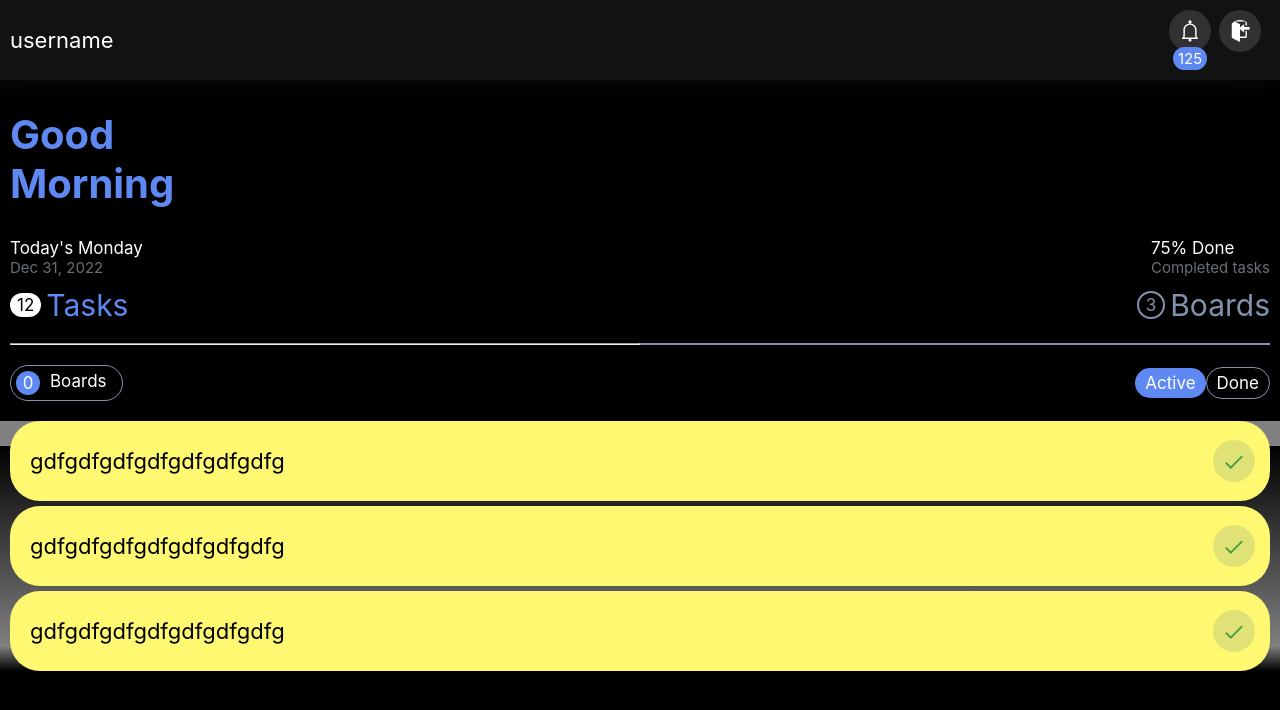
Repository: ShindanoSingi/todo-app
Page: /
The author's editor kept a copy of each file at every save. The page is drawn from the files as they stood at one save, then again after the next save.
The browser window is 1280 px wide. The pictures show the whole page.
The project was rebuilt for these pictures with package versions that can differ from the ones it lists, and the page was loaded fresh each time. Also part of the build but not shown: src/pages/LandingPage.js.

Above is the page before, as saved 2023-01-01 19:26:32.

### src/index.css
* {
  font-size: 22px;
  margin: 0;
  padding: 0;
}

body {
  margin: 0;
  padding: 0;
  font-family: -apple-system, BlinkMacSystemFont, 'Segoe UI', 'Roboto', 'Oxygen',
    'Ubuntu', 'Cantarell', 'Fira Sans', 'Droid Sans', 'Helvetica Neue',
    sans-serif;
  -webkit-font-smoothing: antialiased;
  -moz-osx-font-smoothing: grayscale;
}

code {
  font-family: source-code-pro, Menlo, Monaco, Consolas, 'Courier New',
    monospace;
}

.signin-icon-signin-text-container {
  display: flex;
  align-items: center;
  flex-direction: column;
}

.bell-icon-bell-num-container {
  display: flex;
  flex-direction: column;
  align-items: center;
  margin-left: 20px;
}

.signin-text {
  display: none;
}

.bell-num,
.signin-text {
  font-size: 15px;
}

.bell-num {
  text-align: center;
  color: #fff;
  padding: 2px 5px;
  background-color: #5f89f2;
  border-radius: 50px;
  margin-top: -5px;
}

.bell-icon,
.signin-icon {
  color: white;
  padding: 10px;
  border-radius: 50px;
  background-color: #313133;
}

div.signin-icon-signin-text-container:hover p.signin-text {
  display: block;
}

.bell-icon-signin-container {
  display: grid;
  grid-template-columns: 60px 60px;
}

.username,
.signin-text {
  color: #fff;
}

.nav-bar {
  display: flex;
  align-items: center;
  justify-content: space-between;
  padding: 10px;
  background: #121212;
  box-shadow: -11px 11px 22px #070707, 11px -11px 22px #1d1d1d;
}

h1 {
  position: absolute;
  top: 10%;
  z-index: 1;
}

h2 {
  font-size: 40px;
  color: #5f89f2;
}

.salutation-container {
  margin-top: 30px;
  padding-left: 10px;
}

.day,
.percent,
.small-boards,
.done,
.active {
  font-size: 17px;
  color: #ffffff;
}

.date,
.completed {
  font-size: 15px;
  color: #6a6f75;
}

.day-to-percent-container {
  display: flex;
  justify-content: space-between;
  padding: 10px;
  margin-top: 20px;
}

.tasks-num {
  text-align: center;
  font-size: 17px;
  background: #ffff;
  padding: 2px 7px;
  border-radius: 50px;
  height: 20px;
}

.tasks {
  font-size: 30px;
  font-weight: light;
  color: #5f89f2;
}

.boards-num {
  font-size: 17px;
  color: #8292ad;
  border: 2px solid #8292ad;
  padding: 2px 7px;
  border-radius: 50px;
  height: 20px;
}

.big-boards {
  font-size: 30px;
  font-weight: light;
  color: #8292ad;
}

.tasks-num-tasks-container,
.boards-num-boards-container {
  display: flex;
  align-items: center;
  gap: 5px;
}

.line-tasks {
  width: 50%;
}

.line-boards {
  width: 50%;
  border: 1px solid #8292ad;
}

.line-tasks-ine-boards-container {
  display: flex;
  justify-content: space-between;
  /* margin-top: 10px; */
  padding: 0 10px;
}

.tasks-to-boards-container {
  display: flex;
  justify-content: space-between;
  padding: 0 10px;
}

.num-boards {
  font-size: 17px;
  text-align: center;
  color: #fff;
  background: #5f89f2;
  padding: 2px;
  border-radius: 50px;
  height: 20px;
  width: 20px;
}

.small-boards {
  color: #fff;
}

.num-boards-small-boards-container {
  display: flex;
  gap: 10px;
  border: 1px solid #8292ad;
  padding: 5px;
  border-radius: 50px;
  padding-right: 15px;
}

.active {
  text-align: center;
  background: #5f89f2;
  padding: 0px 10px;
  border-radius: 50px;
  padding: 5px 10px;
}

.done {
  display: flex;
  gap: 10px;
  border: 1px solid #8292ad;
  border-radius: 50px;
  padding: 5px 10px;
}

.active-done-container {
  display: flex;
  align-items: center;
}

.num-boards-to-small-boards-container {
  display: flex;
  justify-content: space-between;
  align-items: center;
  padding: 0 10px;
}

.task-title {
  word-wrap: break-word;
  padding: 5px;
  width: 80%;
}

.check-circle-icon {
  color: white;
  padding: 10px;
  border-radius: 50px;
  background: rgba(121, 141, 139, 0.21);
}

.todo-card {
  margin: 0 10px;
  padding: 15px;
  min-height: 50px;
  border-radius: 30px;
  display: flex;
  align-items: center;
  justify-content: space-between;
}

.todos-container {
  display: flex;
  flex-direction: column;
  gap: 5px;
  max-height: 250px;
  overflow-y: scroll;
  background-image: linear-gradient(
    gray 10%,
    rgba(0, 0, 0, 0) 0%,
    gray 90%,
    rgba(0, 0, 0, 0)
  );
}

.main {
  display: flex;
  flex-direction: column;
  gap: 20px;
}

/* Credit: Cole McCombs; */
.landing-page-wrapper {
  height: 100%;
  display: flex;
  flex-direction: column;
  align-items: center;
  justify-content: center;
}

/* Credit: Cole McCombs; */
.button {
  min-width: 150px;
  min-height: 40px;
  font-family: 'Nunito', sans-serif;
  font-size: 22px;
  text-transform: uppercase;
  letter-spacing: 1.3px;
  font-weight: 700;
  color: #313133;
  background: #37b7ff;
  background: linear-gradient(
    90deg,
    rgb(59, 123, 190) 0%,
    rgb(29, 181, 228) 100%
  );
  border: none;
  border-radius: 1000px;
  box-shadow: 12px 12px 24px rgba(28, 120, 186, 0.64);
  transition: all 0.3s ease-in-out 0s;
  cursor: pointer;
  outline: none;
  position: absolute;
  top: 85%;
  padding: 10px;
}

/* Credit: Cole McCombs; */
button::before {
  content: '';
  border-radius: 1000px;
  min-width: calc(150px + 12px);
  min-height: calc(40px + 12px);
  border: 6px solid #008cff;
  box-shadow: 0 0 60px rgba(25, 150, 233, 0.64);
  position: absolute;
  top: 50%;
  left: 50%;
  transform: translate(-50%, -50%);
  opacity: 0;
  transition: all 0.3s ease-in-out 0s;
}

/* Credit: Cole McCombs; */
.button:hover,
.button:focus {
  color: #bfbfd4;
  transform: translateY(-6px);
}

/* Credit: Cole McCombs; */
button:hover::before,
button:focus::before {
  opacity: 1;
}

/* Credit: Cole McCombs; */
button::after {
  content: '';
  width: 30px;
  height: 30px;
  border-radius: 100%;
  border: 6px solid #0f8bdd;
  position: absolute;
  z-index: -1;
  top: 50%;
  left: 50%;
  transform: translate(-50%, -50%);
  animation: ring 1.5s infinite;
}

/* Credit: Cole McCombs; */
button:hover::after,
button:focus::after {
  animation: none;
  display: none;
}

/* Credit: Cole McCombs; */
@keyframes ring {
  0% {
    width: 20px;
    height: 20px;
    opacity: 1;
  }
  100% {
    width: 150px;
    height: 150px;
    opacity: 0;
  }
}

.landing-page-image {
  position: fixed;
  width: 100%;
  height: 100%;
}

.landing-page-image {
  -webkit-animation: anim 8s infinite linear;
  animation: anim 8s infinite linear;
}

@-webkit-keyframes anim {
  from {
    -webkit-transform: rotateY(0deg);
  }
  to {
    -webkit-transform: rotateY(90deg);
  }
}

@keyframes anim {
  from {
    transform: rotateY(90deg);
  }
  to {
    transform: rotateY(0deg);
  }
}

.container {
  height: 100%;
  width: 100%;
  position: fixed;
  background-color: #000000;
}

### src/App.js
import Todos from './pages/Todos'

import LandingPage from './pages/LandingPage'

function App() {
  return (
    <div className="">
      {/* <LandingPage /> */}
      <Todos />
    </div>
  )
}

export default App

### src/pages/Todos.js
import React from 'react'
import checkbox from '../assests/check.svg'
import { RxBell } from 'react-icons/rx'
import { GoSignIn } from 'react-icons/go'
import { FcCheckmark } from 'react-icons/fc'

function Todos() {
    let color = "#FEF970"
    return (
        <div className='container'>
            <div className='todos-wrapper'>
                <nav className='nav-bar'>
                    <p className='username'>username</p>
                    <div className='bell-icon-signin-container'>
                        <div className='bell-icon-bell-num-container'>
                            <RxBell className='bell-icon' />
                            <p className='bell-num'>125</p>
                        </div>
                        <div className='signin-icon-signin-text-container'>
                            <GoSignIn className='signin-icon' />
                            <p className='signin-text'>Sign In</p>
                        </div>

                    </div>
                </nav>
                <div className='salutation-container'>
                    <h2 className='good-text'>Good</h2>
                    <h2 className='morning-text'>Morning</h2>
                </div>

                <div className='day-to-percent-container'>
                    <div className='day-date-container'>
                        <p className='day'>Today's Monday</p>
                        <p className='date'>Dec 31, 2022</p>
                    </div>
                    <div className='percent-completed-container'>
                        <p className='percent'>75% Done</p>
                        <p className='completed'>Completed tasks</p>
                    </div>
                </div>
                <main className='main'>
                    <div className='tasks-to-boards-container'>
                        <div className='tasks-num-tasks-container'>
                            <p className='tasks-num'>12</p>
                            <p className='tasks'>Tasks</p>
                        </div>
                        <div className='boards-num-boards-container'>
                            <p className='boards-num'>3</p>
                            <p className='big-boards'>Boards</p>
                        </div>
                    </div>
                    <div className='line-tasks-ine-boards-container'>
                        <hr className='line-tasks' />
                        <hr className='line-boards' />
                    </div>

                    <div className='num-boards-to-small-boards-container'>
                        <div className='num-boards-small-boards-container'>
                            <p className='num-boards'>0</p>
                            <p className='small-boards'>Boards</p>
                        </div>
                        <div className='active-done-container'>
                            <p className='active'>Active</p>
                            <p className='done'>Done</p>
                        </div>
                    </div>
                    <div className='todos-container'>
                        <div className='todo-card' style={{ backgroundColor: color }}>
                            <p className='task-title'>gdfgdfgdfgdfgdfgdfgdfg</p>
                            < FcCheckmark className='check-circle-icon' />
                        </div>
                        <div className='todo-card' style={{ backgroundColor: color }}>
                            <p className='task-title'>gdfgdfgdfgdfgdfgdfgdfg</p>
                            < FcCheckmark className='check-circle-icon' />
                        </div>
                        <div className='todo-card' style={{ backgroundColor: color }}>
                            <p className='task-title'>gdfgdfgdfgdfgdfgdfgdfg</p>
                            < FcCheckmark className='check-circle-icon' />
                        </div>
                        <div className='todo-card' style={{ backgroundColor: color }}>
                            <p className='task-title'>gdfgdfgdfgdfgdfgdfgdfg</p>
                            < FcCheckmark className='check-circle-icon' />
                        </div>
                        <div className='todo-card' style={{ backgroundColor: color }}>
                            <p className='task-title'>gdfgdfgdfgdfgdfgdfgdfg</p>
                            < FcCheckmark className='check-circle-icon' />
                        </div>
                        <div className='todo-card' style={{ backgroundColor: color }}>
                            <p className='task-title'>gdfgdfgdfgdfgdfgdfgdfg</p>
                            < FcCheckmark className='check-circle-icon' />
                        </div>
                        <div className='todo-card' style={{ backgroundColor: color }}>
                            <p className='task-title'>gdfgdfgdfgdfgdfgdfgdfg</p>
                            < FcCheckmark className='check-circle-icon' />
                        </div>
                        <div className='todo-card' style={{ backgroundColor: color }}>
                            <p className='task-title'>gdfgdfgdfgdfgdfgdfgdfg</p>
                            < FcCheckmark className='check-circle-icon' />
                        </div>
                        <div className='todo-card' style={{ backgroundColor: color }}>
                            <p className='task-title'>gdfgdfgdfgdfgdfgdfgdfg</p>
                            < FcCheckmark className='check-circle-icon' />
                        </div>
                        <div className='todo-card' style={{ backgroundColor: color }}>
                            <p className='task-title'>gdfgdfgdfgdfgdfgdfgdfg</p>
                            < FcCheckmark className='check-circle-icon' />
                        </div>
                        <div className='todo-card' style={{ backgroundColor: color }}>
                            <p className='task-title'>gdfgdfgdfgdfgdfgdfgdfg</p>
                            < FcCheckmark className='check-circle-icon' />
                        </div>
                        <div className='todo-card' style={{ backgroundColor: color }}>
                            <p className='task-title'>gdfgdfgdfgdfgdfgdfgdfg</p>
                            < FcCheckmark className='check-circle-icon' />
                        </div>
                        <div className='todo-card' style={{ backgroundColor: color }}>
                            <p className='task-title'>gdfgdfgdfgdfgdfgdfgdfg</p>
                            < FcCheckmark className='check-circle-icon' />
                        </div>
                        <div className='todo-card' style={{ backgroundColor: color }}>
                            <p className='task-title'>gdfgdfgdfgdfgdfgdfgdfg</p>
                            < FcCheckmark className='check-circle-icon' />
                        </div>
                        <div className='todo-card' style={{ backgroundColor: color }}>
                            <p className='task-title'>gdfgdfgdfgdfgdfgdfgdfg</p>
                            < FcCheckmark className='check-circle-icon' />
                        </div>
                        <div className='todo-card' style={{ backgroundColor: color }}>
                            <p className='task-title'>gdfgdfgdfgdfgdfgdfgdfg</p>
                            < FcCheckmark className='check-circle-icon' />
                        </div>
                        <div className='todo-card' style={{ backgroundColor: color }}>
                            <p className='task-title'>gdfgdfgdfgdfgdfgdfgdfg</p>
                            < FcCheckmark className='check-circle-icon' />
                        </div>
                        <div className='todo-card' style={{ backgroundColor: color }}>
                            <p className='task-title'>gdfgdfgdfgdfgdfgdfgdfg</p>
                            < FcCheckmark className='check-circle-icon' />
                        </div>
                        <div className='todo-card' style={{ backgroundColor: color }}>
                            <p className='task-title'>gdfgdfgdfgdfgdfgdfgdfg</p>
                            < FcCheckmark className='check-circle-icon' />
                        </div>
                        <div className='todo-card' style={{ backgroundColor: color }}>
                            <p className='task-title'>gdfgdfgdfgdfgdfgdfgdfg</p>
                            < FcCheckmark className='check-circle-icon' />
                        </div>
                        <div className='todo-card' style={{ backgroundColor: color }}>
                            <p className='task-title'>gdfgdfgdfgdfgdfgdfgdfg</p>
                            < FcCheckmark className='check-circle-icon' />
                        </div>
                        <div className='todo-card' style={{ backgroundColor: color }}>
                            <p className='task-title'>gdfgdfgdfgdfgdfgdfgdfg</p>
                            < FcCheckmark className='check-circle-icon' />
                        </div>

                    </div>

                </main>
            </div>
        </div>
    )
}

export default Todos

Loaded but not shown: public/index.html (common file); src/index.js (common file); src/reportWebVitals.js (common file)

After the next save:
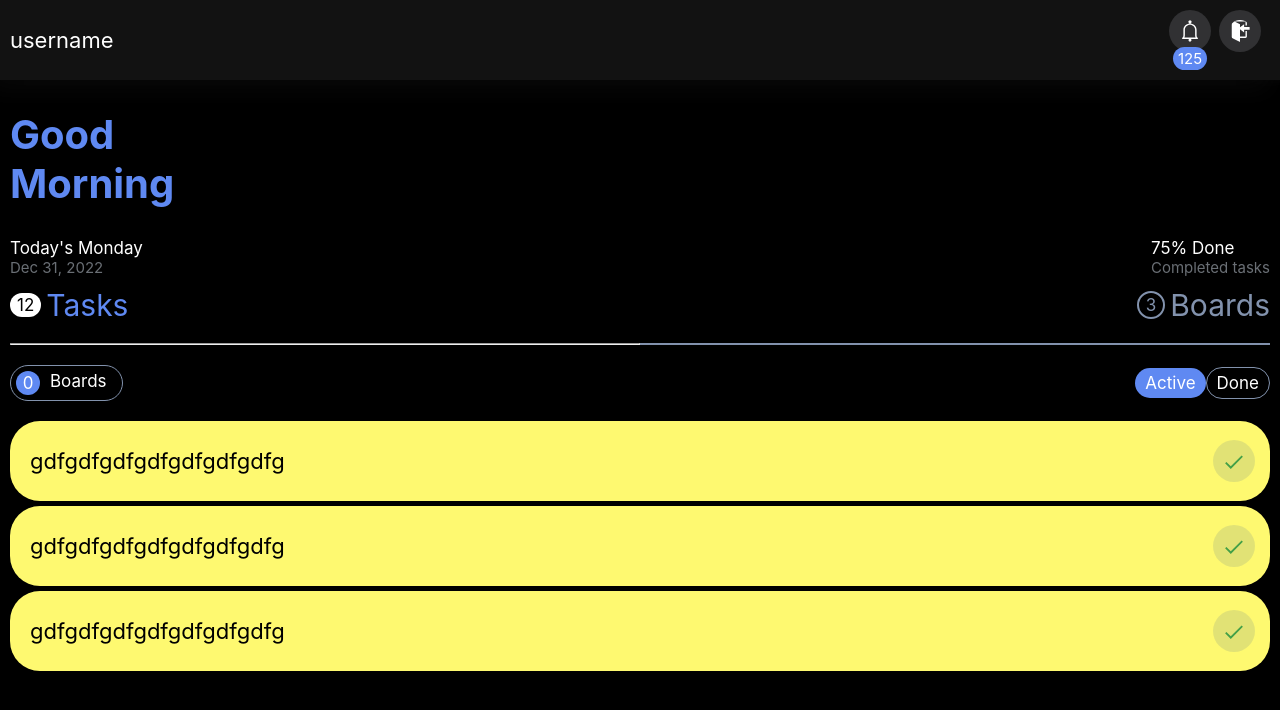
Saved 8 s later.
--- a/src/index.css
+++ b/src/index.css
@@ -259,12 +259,6 @@ h2 {
   gap: 5px;
   max-height: 250px;
   overflow-y: scroll;
-  background-image: linear-gradient(
-    gray 10%,
-    rgba(0, 0, 0, 0) 0%,
-    gray 90%,
-    rgba(0, 0, 0, 0)
-  );
 }
 
 .main {
